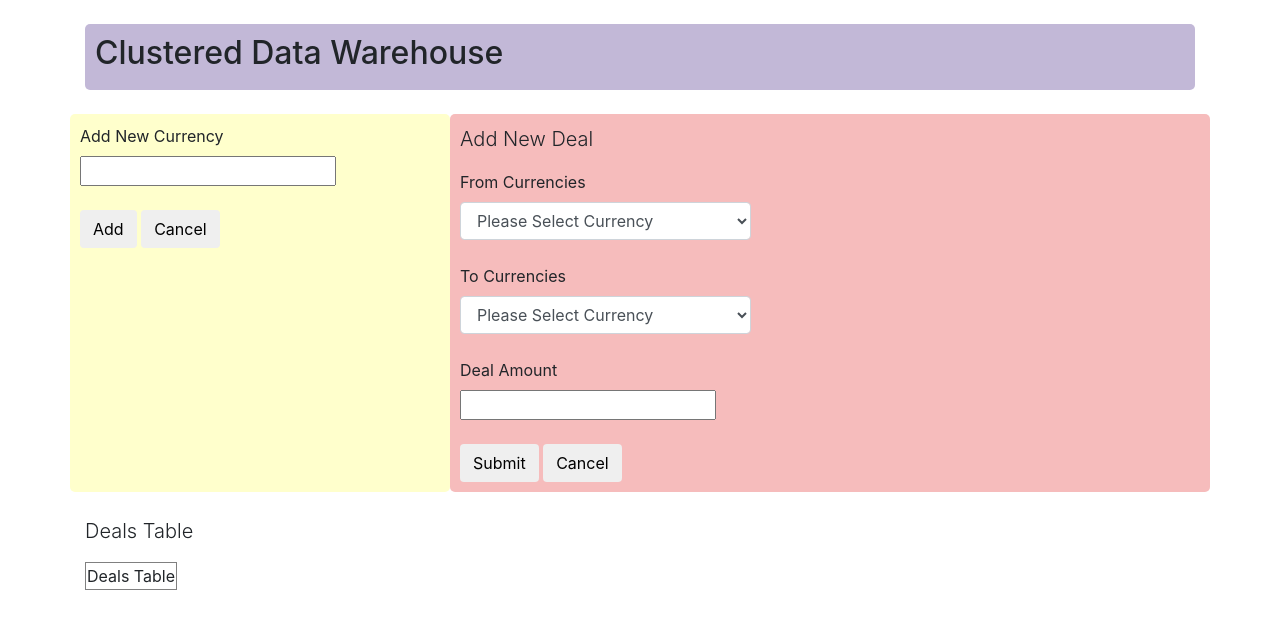
Repository: AlhassanAbuGhazaleh/ProgressSoftProject
Page: http://localhost/Clustered_Data__Alhasan_Abu_Ghazaleh_/WEB-INF/views/home.jsp
An editor plug-in stored every save of this project. The page is shown before and after the next save, followed by the edit.
The browser window is 1280 px wide. The pictures show the whole page.
The page is served by Tomcat 9. Nobody is signed in. The template is opened directly, without the code that normally fills it, so the values that code supplies are empty.

Above is the page before, as saved 2020-10-10 20:25:42.
Console error: SyntaxError: Unexpected token ','

After the next save:
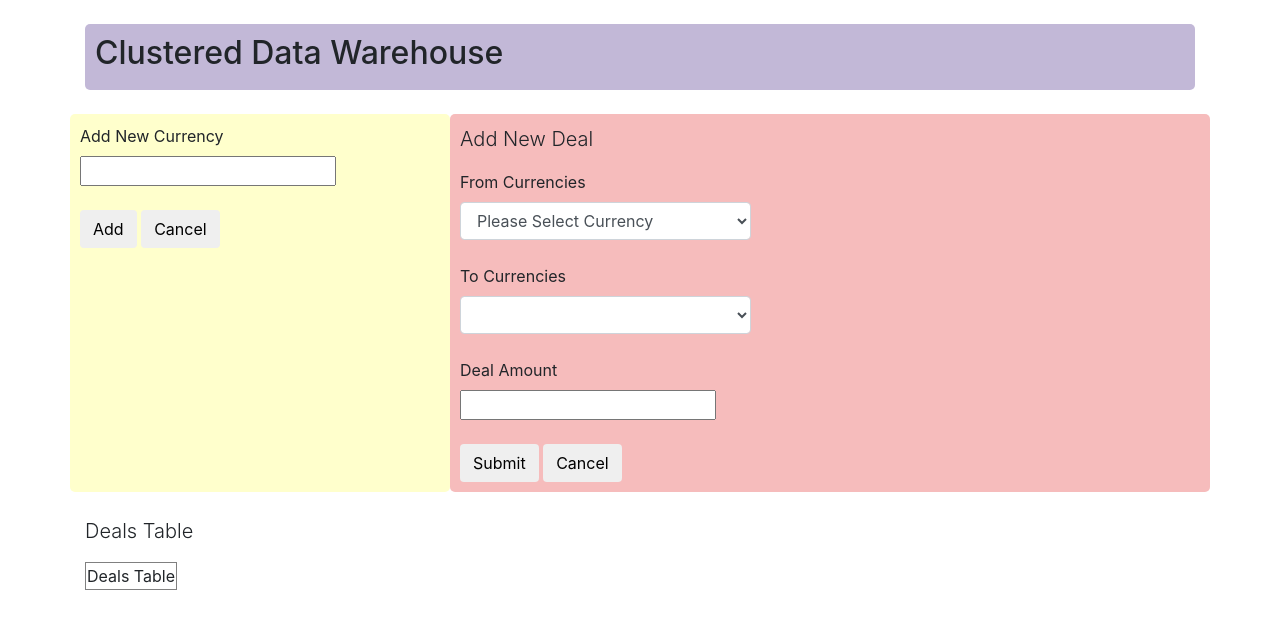
Saved 17 s later.
--- a/Clustered Data (Alhasan Abu Ghazaleh)/src/main/webapp/WEB-INF/views/home.jsp
+++ b/Clustered Data (Alhasan Abu Ghazaleh)/src/main/webapp/WEB-INF/views/home.jsp
@@ -175,10 +175,7 @@
 						<div class="col-md-5">
 							<label class="control-label">To Currencies</label> <select
 								class="form-control" id="toCurrency" name="toCurrency">
-								<option selected>Please Select Currency</option>
-								<c:forEach items="${currencies}" var="currency">
-									<option value="${currency}">${currency.currencyName}</option>
-								</c:forEach>
+
 							</select>
 						</div>
 					</div>
